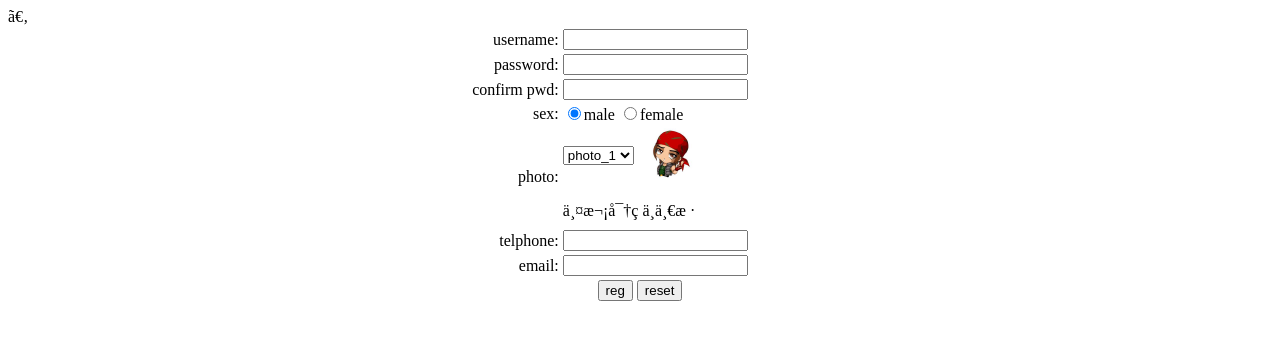
Repository: GetHubByYc/MyEclipse
Page: http://localhost/CheckLogin/reg.jsp
These files come from the project's save history. The page is drawn as it stood at one moment and after the next save; the edit follows.
The browser window is 1280 px wide. The pictures show the whole page.
The page is served by Tomcat 9. Nobody is signed in. The application's start-up code is not run.

Above is the page before, as saved 2015-11-14 03:08:01.

After the next save:
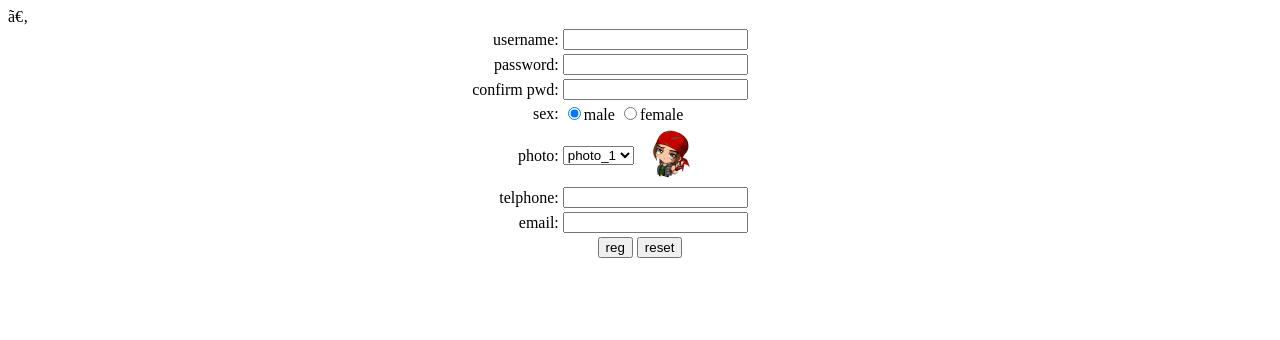
Saved 7 s later.
--- a/CheckLogin/WebRoot/reg.jsp
+++ b/CheckLogin/WebRoot/reg.jsp
@@ -67,7 +67,7 @@
     				<option value="images/avatar_Go_small1.jpg">photo_2</option>
     			</select>
     			<img id="photo_img" style="width:50px;height:50px;position:relative;left:10px" src="images/avatar_Dante_small1.jpg"/>
-    			<p id="checkPwd">两次密码不一样</p>
+    			<p id="checkPwd"></p>
     		</td>
     	</tr>
     	<tr>
